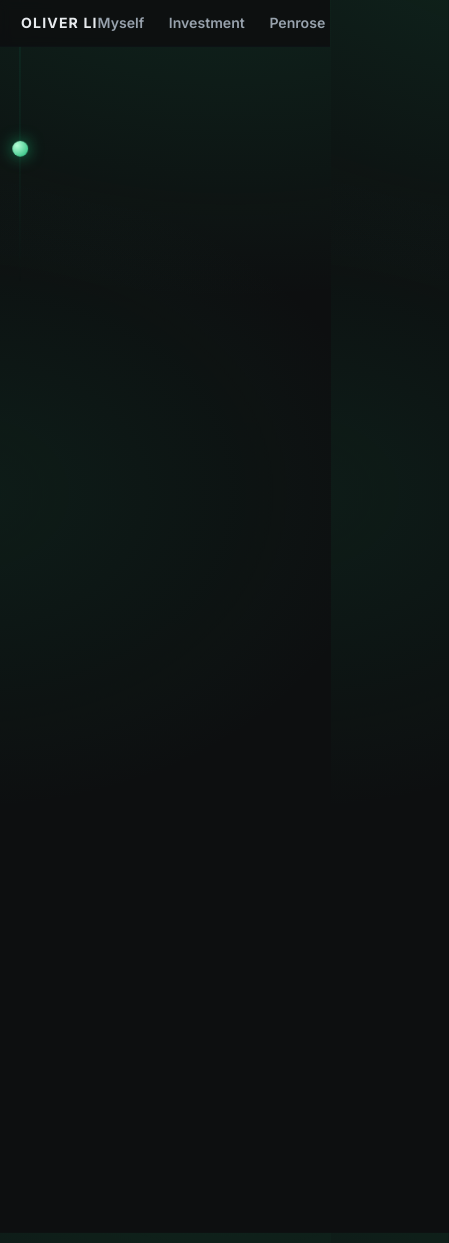
Repository: oliverli1728/portfolio
Page: index.html
These files come from the project's save history. The page is drawn as it stood at one moment and after the next save; the edit follows.
The browser window is 375 px wide. The page is 510 px wide, then 375 px, so the pictures cover 510 px, including what lies to the right of the window. The pictures show the whole page, at 88% of full size.

Above is the page before, as saved 2025-09-25 22:22:05.

### index.html
<!DOCTYPE html>
<html lang="en">
<head>
<meta charset="utf-8" />
<meta name="viewport" content="width=device-width, initial-scale=1" />
<title>Oliver Li</title>
<meta name="description" content="Oliver Li — Myself · Investment · Penrose" />
<link rel="preconnect" href="https://fonts.googleapis.com">
<link rel="preconnect" href="https://fonts.gstatic.com" crossorigin>
<link href="https://fonts.googleapis.com/css2?family=Inter:wght@300;400;600;700&display=swap" rel="stylesheet">
<link rel="stylesheet" href="style.css" />
<link rel="stylesheet" href="mediaqueries.css" />
</head>
<body>
<!-- Progress rail + particle (left edge) -->
<div class="progress-rail" aria-hidden="true">
<div class="progress-dot" id="progressDot"></div>
</div>

<!-- Header / Nav -->
<header class="site-header">
<a class="brand" href="#myself" aria-label="Home">OLIVER&nbsp;LI</a>

<button class="hamburger" id="hamburger" aria-label="Toggle menu" aria-expanded="false">
<span></span><span></span><span></span>
</button>

<nav class="nav" id="nav">
<a href="#myself" class="nav-link">Myself</a>
<a href="#investment" class="nav-link">Investment</a>
<a href="#penrose" class="nav-link">Penrose</a>
</nav>
</header>

<!-- MAIN -->
<main>
<!-- MYSELF (landing) -->
<section id="myself" class="section section--hero" data-rail>
<div class="container hero-grid">
<div class="hero-copy">
<h1>Builder, investor, student of systems.</h1>
<p class="lede">Economics & Computer Science. Interested in market microstructure, distressed credit, and human‑in‑the‑loop AI. This site evolves as I do.</p>
<div class="cta-row">
<a class="btn" href="#investment">Explore Investment Notes</a>
<a class="btn btn--ghost" href="#reading">Reading List</a>
</div>
</div>
<div class="hero-aside">
<ul class="meta">
<li><span>Current Focus</span><b>ECM prep • AI in classrooms • Liquidity micro‑themes</b></li>
<li><span>Location</span><b>Princeton → Philadelphia</b></li>
<li><span>Contact</span><b><a href="mailto:oliver@example.com">oliver@example.com</a></b></li>
</ul>
</div>
</div>
<div class="scroll-cue" aria-hidden="true">Scroll</div>
</section>

<!-- MYSELF — Bio → Interests → Links (scrollable blocks) -->
<section class="section section--stripe" data-rail>
<div class="container split">
<div>
<h2>Bio</h2>
<p>Short bio goes here. Keep it tight: what you study, build, and care about. One paragraph, two at most. Replace all placeholders freely.</p>
</div>
<div>
<h2>Interests</h2>
<ul class="pill-list">
<li>Distressed & special sits</li><li>Market structure</li><li>Computational finance</li><li>Human‑computer collaboration</li>
</ul>
</div>
</div>
</section>

<section class="section" data-rail>
<div class="container">
<h2 id="reading">Reading List</h2>
</html>

### style.css
/* ===== Theme ===== */
:root{
  --bg:#0d0f10;            /* near-black */
  --elev:#15181a;          /* panels */
  --muted:#98a2ad;         /* muted text */
  --text:#e8ebee;          /* primary text */
  --accent:#1ab774;        /* green accent */
  --accent-2:#0f8054;      /* darker green */
  --rail:#0e2a22;          /* rail color */
  --radius:18px;
  --shadow:0 10px 30px rgba(0,0,0,.35);
}

*{box-sizing:border-box}
html{scroll-behavior:smooth}
body{
  margin:0; font-family:Inter,system-ui,-apple-system,Segoe UI,Roboto,Helvetica,Arial,sans-serif;
  background: radial-gradient(1200px 800px at 70% -10%, rgba(26,183,116,.15), transparent 60%),
              radial-gradient(800px 600px at -10% 40%, rgba(15,128,84,.12), transparent 60%),
              var(--bg);
  color:var(--text);
}

.container{width:min(1200px,92%); margin-inline:auto}

/* ===== Header / Nav ===== */
.site-header{
  position:sticky; top:0; z-index:50; backdrop-filter: blur(6px);
  background: color-mix(in srgb, var(--bg) 86%, transparent);
  border-bottom:1px solid #0f1316;
}
.site-header{ display:flex; align-items:center; justify-content:space-between; padding:16px 24px; }
.brand{ letter-spacing:.08em; font-weight:700; color:var(--text); text-decoration:none }

.nav{ display:flex; gap:28px }
.nav-link{ color:var(--muted); text-decoration:none; font-weight:600 }
.nav-link:hover{ color:var(--text) }

.hamburger{ display:none; background:none; border:0; padding:8px; cursor:pointer }
.hamburger span{ display:block; width:26px; height:2px; background:var(--text); margin:6px 0; transition:.25s }

/* ===== Progress rail & dot ===== */
.progress-rail{ position:fixed; left:22px; top:0; bottom:0; width:2px; background:linear-gradient(var(--rail), transparent 40%); z-index:40 }
.progress-dot{ position:fixed; left:14px; width:18px; height:18px; border-radius:999px; background:radial-gradient(circle at 30% 30%, #b7ffd8, var(--accent)); box-shadow:0 0 18px rgba(26,183,116,.75); transform:translateY(20vh); will-change:transform }

/* ===== Sections ===== */
.section{ padding:96px 0 }
.section--hero{ padding:120px 0 80px }
.section--stripe{ background: linear-gradient(180deg, rgba(26,183,116,.06), transparent 40%); }
.section--panel{ background: linear-gradient(180deg, rgba(26,183,116,.04), transparent 20%); }
.section--penrose{ padding-block:120px 140px }

/* ===== Hero ===== */
.hero-grid{ display:grid; grid-template-columns: 1.2fr .8fr; gap:56px; align-items:center }
.hero-copy h1{ font-size: clamp(32px, 5vw, 56px); line-height:1.05; margin:0 0 16px }
.lede{ color:var(--muted); font-size: clamp(16px, 2.4vw, 20px); margin:0 0 28px }
.cta-row{ display:flex; gap:14px }
.btn{ display:inline-block; padding:12px 18px; border-radius:999px; background:var(--accent); color:#07130f; font-weight:700; text-decoration:none; box-shadow: var(--shadow); border:1px solid var(--accent-2) }
.btn:hover{ filter:saturate(1.1) brightness(1.05) }
.btn--ghost{ background:transparent; color:var(--text); border:1px solid #1f2a2f; box-shadow:none }
.btn--ghost:hover{ border-color:var(--accent); color:var(--accent) }

.meta{ list-style:none; padding:0; margin:0; display:grid; gap:14px }
.meta li{ background:var(--elev); padding:14px 16px; border-radius:12px; border:1px solid #20262b }
.meta span{ display:block; color:var(--muted); font-size:12px; letter-spacing:.08em; text-transform:uppercase }
.meta b{ font-weight:600 }

.scroll-cue{ position:absolute; left:56px; bottom:24px; color:var(--muted); opacity:.6; font-size:12px; letter-spacing:.2em; text-transform:uppercase }

/* ===== Split / Lists / Cards ===== */
.split{ display:grid; grid-template-columns: 1fr 1fr; gap:48px }
.pill-list{ display:flex; flex-wrap:wrap; gap:10px; list-style:none; padding:0; margin:6px 0 0 }
.pill-list li{ padding:10px 14px; border:1px solid #263035; border-radius:999px; background: #121517 }

.cards{ display:grid; grid-template-columns: repeat(2, minmax(0,1fr)); gap:18px; margin-top:18px }
.card{ background:var(--elev); border:1px solid #20262b; padding:18px; border-radius:16px; box-shadow: var(--shadow) }
.card header{ display:flex; align-items:center; gap:10px; justify-content:space-between }
.card h3{ margin:0; font-size:18px }
.badge{ font-size:12px; padding:4px 8px; border:1px solid #2a3a34; color:var(--accent); border-radius:999px; background: #0e1513 }
.card p{ color:var(--muted) }
.text-link{ color:var(--accent); text-decoration:none }
.text-link:hover{ text-decoration:underline }

/* ===== Panel grid ===== */
.grid-3{ display:grid; grid-template-columns: repeat(3, minmax(0,1fr)); gap:18px }
.panel{ display:block; background: linear-gradient(180deg, #131619, #0f1214); border:1px solid #1c2327; padding:22px; border-radius:16px; text-decoration:none; color:var(--text); box-shadow: var(--shadow) }
.panel h3{ margin:0 0 6px }
.panel p{ margin:0; color:var(--muted) }
.panel:hover{ border-color: var(--accent-2); box-shadow: 0 14px 40px rgba(26,183,116,.15) }

/* ===== Penrose ===== */
.penrose-wrap{ display:grid; grid-template-columns: .9fr 1.1fr; align-items:center; gap:48px }
.penrose-logo{ width:100%; max-width:520px; filter: drop-shadow(0 30px 60px rgba(0,0,0,.45)); }
.penrose-copy p{ color:var(--muted) }

/* ===== Footer ===== */
.site-footer{ border-top:1px solid #0f1316; padding:26px 0; background:#0c0e0f }
.footer-grid{ display:flex; align-items:center; justify-content:space-between }
.socials{ display:flex; gap:16px }
.socials a{ color:var(--muted); text-decoration:none }
.socials a:hover{ color:var(--accent) }

/* ===== Utilities ===== */
.muted{ color:var(--muted) }
.section-head{ margin-bottom:18px }

/* Smooth reveal on scroll */
[data-rail] { opacity:0; transform: translateY(12px); transition: opacity .6s ease, transform .6s ease; }
[data-rail].in-view { opacity:1; transform:none }
```

---

### mediaqueries.css

/*When screen size < 1200px, desktop nav disappears*/
@media screen and (max-width: 1200px) {
    #desktop-nav {
        display: none;
    }
    #hamburger-nav {
        display: flex;
    }
}

After the next save:
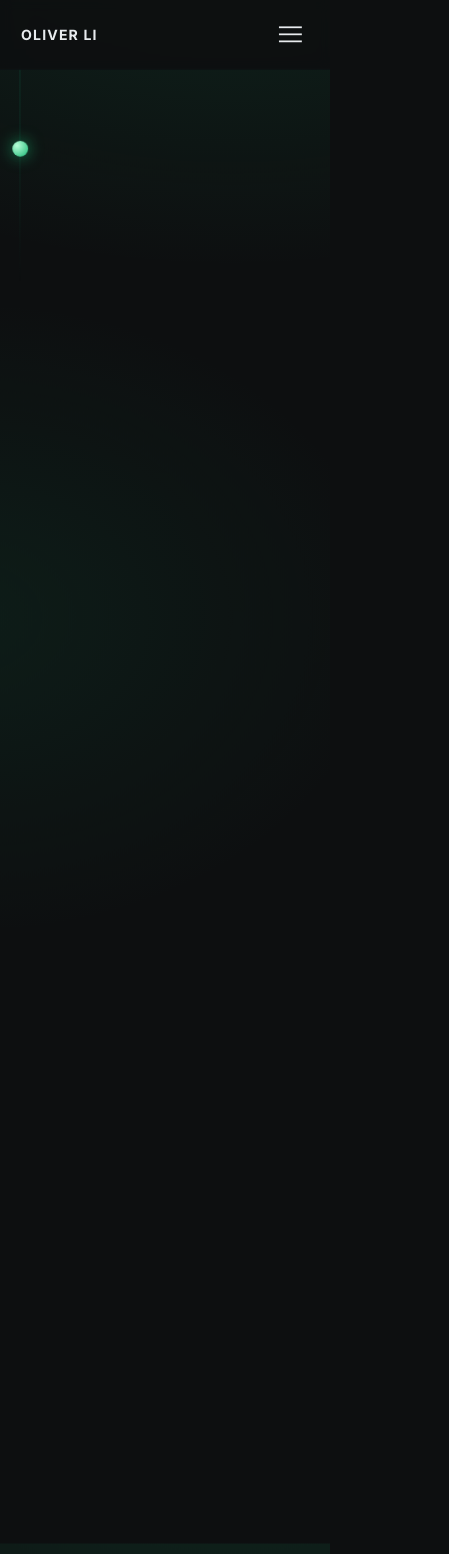
Saved 8 s later.
--- a/mediaqueries.css
+++ b/mediaqueries.css
@@ -1,10 +1,15 @@
+/* Breakpoints: 900px & 600px */
+@media (max-width: 900px){
+  .hero-grid{ grid-template-columns: 1fr; }
+  .split{ grid-template-columns: 1fr; }
+  .grid-3{ grid-template-columns: 1fr 1fr; }
+  .penrose-wrap{ grid-template-columns: 1fr; }
+}
 
-/*When screen size < 1200px, desktop nav disappears*/
-@media screen and (max-width: 1200px) {
-    #desktop-nav {
-        display: none;
-    }
-    #hamburger-nav {
-        display: flex;
-    }
+@media (max-width: 600px){
+  .nav{ display:none }
+  .hamburger{ display:block }
+  .grid-3{ grid-template-columns: 1fr }
+  .cards{ grid-template-columns: 1fr }
 }
+```
